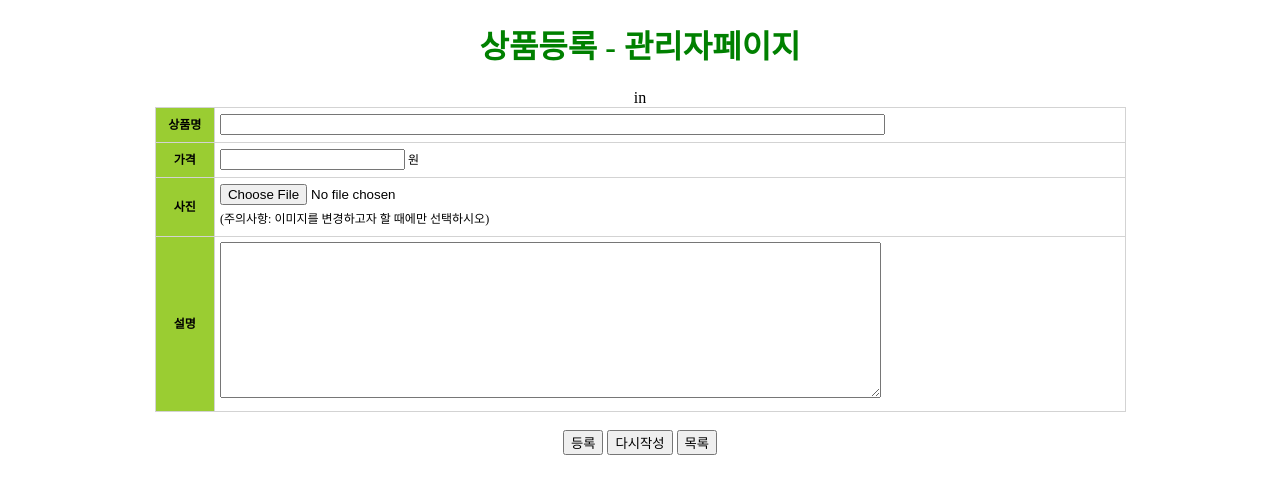
Repository: jiyoniii/JSP_workspace
Page: http://localhost/Upload/productWrite.do
An editor plug-in stored every save of this project. The page is shown before and after the next save, followed by the edit.
The browser window is 1280 px wide. The pictures show the whole page.
The page is served by Tomcat 9. Other server files are loaded and not shown.

Above is the page before, as saved 2020-06-09 06:28:57.
Console error (its wording comes from the project's code and is left out).

### Upload/WebContent/product/productWrite.jsp
<%@ page language="java" contentType="text/html; charset=UTF-8"
	pageEncoding="UTF-8"%>
<!DOCTYPE html>
<html>
<head>
<meta charset="UTF-8">
<title>Insert title here</title>
<link rel="stylesheet" type="text/css" href="css/shopping.css">
<!-- <script src="https://code.jquery.com/jquery-3.5.1.min.js"
        integrity="sha256-9/aliU8dGd2tb6OSsuzixeV4y/faTqgFtohetphbbj0=" crossorigin="anonymous" ></script> -->
<script type="text/javascript" src="script/product.js"></script>
</head>
<body>

	<div id="wrap" align="center">
		<h1>상품등록 - 관리자페이지</h1>in
		<!-- form에 액션태그가 없으면 현재주소로 연결된다. -->
		<form method="post" enctype="multipart/form-data" name="frm">
			<table>
				<tr>
					<th>상품명</th>
					<td><input class="word" type="text" name="name" size="80" ></td>
				</tr>
				<tr>
					<th>가격</th>
					<td><input type="text" name="price"> 원</td>
				</tr>
				<tr>
					<th>사진</th>
					<td><input type="file" name="pictureurl"><br>
						(주의사항: 이미지를 변경하고자 할 때에만 선택하시오)</td>
				</tr>
				<tr>
					<th>설명</th>
					<td><textarea class="word" cols="80" rows="10" name="description"></textarea></td>
				</tr>
			</table>
			<br>
			<input type="submit" value="등록" onclick="return word() productCheck()">
			<input type="reset"	value="다시작성">
			<input type="button" value="목록" onclick="location.href='productList.do'">
		</form>
	</div>
</body>
</html>

### Upload/src/com/saeyan/controller/ProductWriteServlet.java
package com.saeyan.controller;

import java.io.IOException;

import javax.servlet.RequestDispatcher;
import javax.servlet.ServletContext;
import javax.servlet.ServletException;
import javax.servlet.annotation.WebServlet;
import javax.servlet.http.HttpServlet;
import javax.servlet.http.HttpServletRequest;
import javax.servlet.http.HttpServletResponse;

import com.oreilly.servlet.MultipartRequest;
import com.oreilly.servlet.multipart.DefaultFileRenamePolicy;
import com.saeyan.dao.ProductDAO;
import com.saeyan.dto.ProductVO;

/**
 * Servlet implementation class ProductWriteServlet
 */
@WebServlet("/productWrite.do")
public class ProductWriteServlet extends HttpServlet {
	private static final long serialVersionUID = 1L;

    public ProductWriteServlet() {
        super();
    }

	protected void doGet(HttpServletRequest request, HttpServletResponse response) throws ServletException, IOException {
		RequestDispatcher dispatcher = request.getRequestDispatcher("product/productWrite.jsp");
		dispatcher.forward(request,  response);

	}



	protected void doPost(HttpServletRequest request, HttpServletResponse response) throws ServletException, IOException {
		request.setCharacterEncoding("UTF-8");
		ServletContext context=getServletContext();
		String path=context.getRealPath("upload");
		String encType="UTF-8";
		int sizeLimit=20*1024*1024;
		MultipartRequest multi=new MultipartRequest(request,path,sizeLimit,encType,new DefaultFileRenamePolicy());
		String name=multi.getParameter("name");
		int price=Integer.parseInt(multi.getParameter("price"));
		String description=multi.getParameter("description");
		String pictureurl=multi.getFilesystemName("pictururl");
		ProductVO pVo=new ProductVO();
		pVo.setName(name);
		pVo.setPrice(price);
		pVo.setDescription(description);
		pVo.setPictureUrl(pictureurl);
		ProductDAO pDao=ProductDAO.getInstance();
		pDao.insertProduct(pVo);
		response.sendRedirect("productList.do");
	}

}

### Upload/WebContent/css/shopping.css
#wrap {
	width: 971px; /* 1024*768로 해상도를 맞추어서 설계 */
	/* 가운데 정렬을 위한 바깥쪽 여백 설정 */
	margin: 0;
	margin-left: auto;
	margin-right: auto;
}

h1 {
	color: green; /* 글 색상 */
}

table {
	width: 100%;
	border-collapse: collapse;
	font-size: 12px; /* 글꼴 크기 */
	line-height: 24px; /* 줄 간격 */
}

table td,th {
	border: #d3d3d3 solid 1px; /* 경계선 색상 스타일 굵기 */
	padding: 5px; /* 안쪽 여백 */
}

th {
	background: yellowgreen; /* 배경색 */
}

img {
	width: 220px; /* 이미지 너비(가로) */
	height: 300px; /* 이미지 높이(세로) */
}

a {
	text-decoration: none; /* 링크 밑줄 없애기 */
	color: black; /* 글 색상 */
}

a:HOVER {
	text-decoration: underline; /* 밑줄 */
	color: green; /* 글 색상 */
}

Loaded but not shown: Upload/WebContent/script/product.js (no copy from this time; the picture is the same without it)

After the next save:
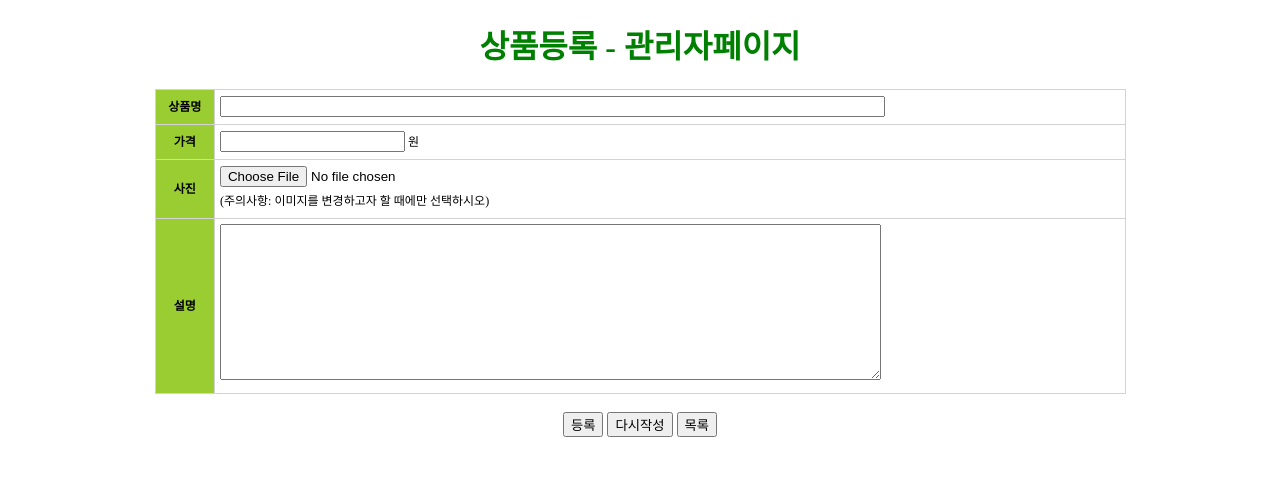
Saved 16 min 30 s later.
--- a/Upload/WebContent/product/productWrite.jsp
+++ b/Upload/WebContent/product/productWrite.jsp
@@ -13,7 +13,7 @@
 <body>
 
 	<div id="wrap" align="center">
-		<h1>상품등록 - 관리자페이지</h1>in
+		<h1>상품등록 - 관리자페이지</h1>
 		<!-- form에 액션태그가 없으면 현재주소로 연결된다. -->
 		<form method="post" enctype="multipart/form-data" name="frm">
 			<table>
